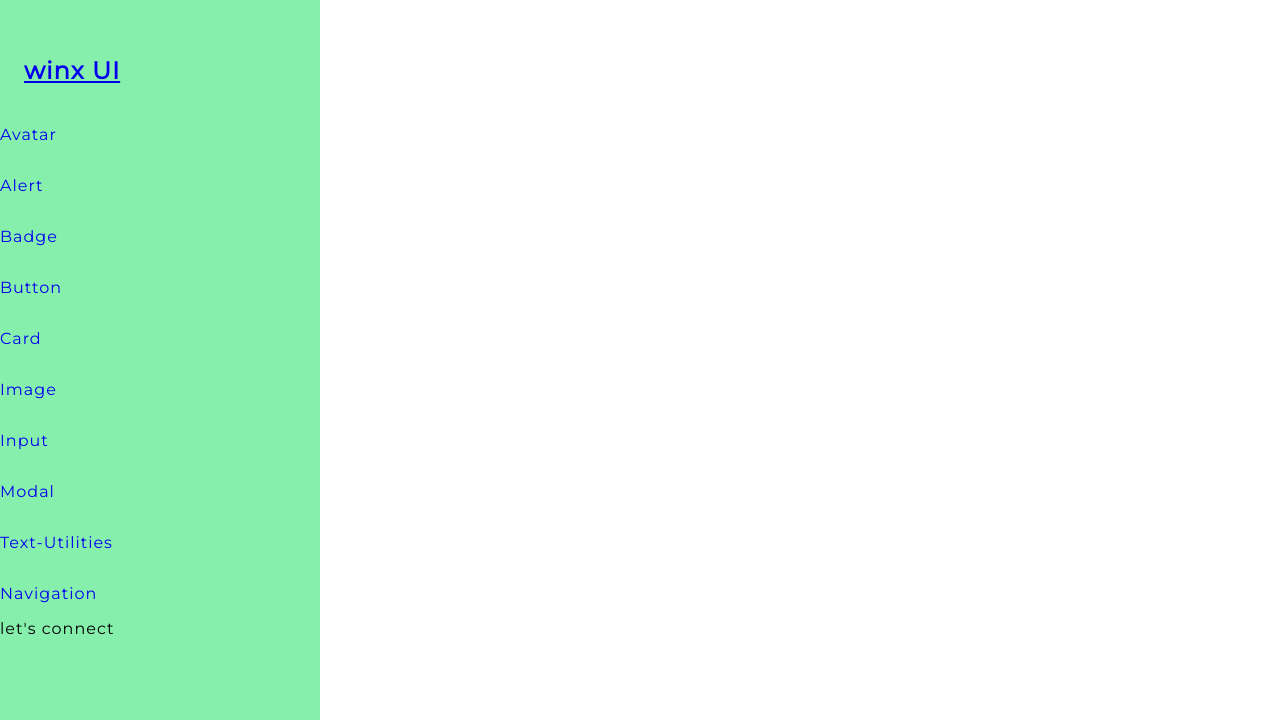
Repository: Anasooya2601/Components_UI
Page: main/main.html
The author's editor kept a copy of each file at every save. The page is drawn from the files as they stood at one save, then again after the next save.
The browser window is 1280 px wide. The pictures show the whole page.

Above is the page before, as saved 2022-02-12 10:13:22.

After the next save:
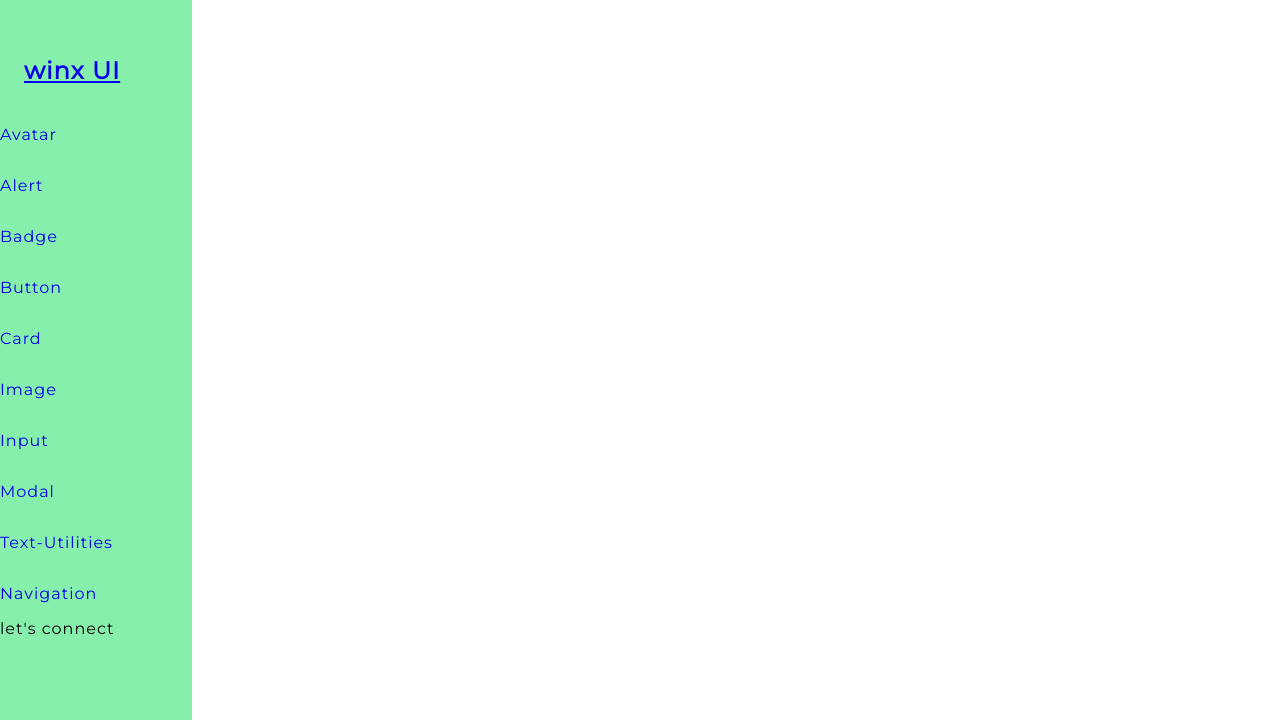
Saved 15 s later.
--- a/main/main.css
+++ b/main/main.css
@@ -44,7 +44,7 @@ body{
 }
 /* navbar */
 .navbar-wrapper{
-    width: 25%;
+    width: 15%;
     height: 100vh;
     font-size: 1rem;
     flex-direction: column;
